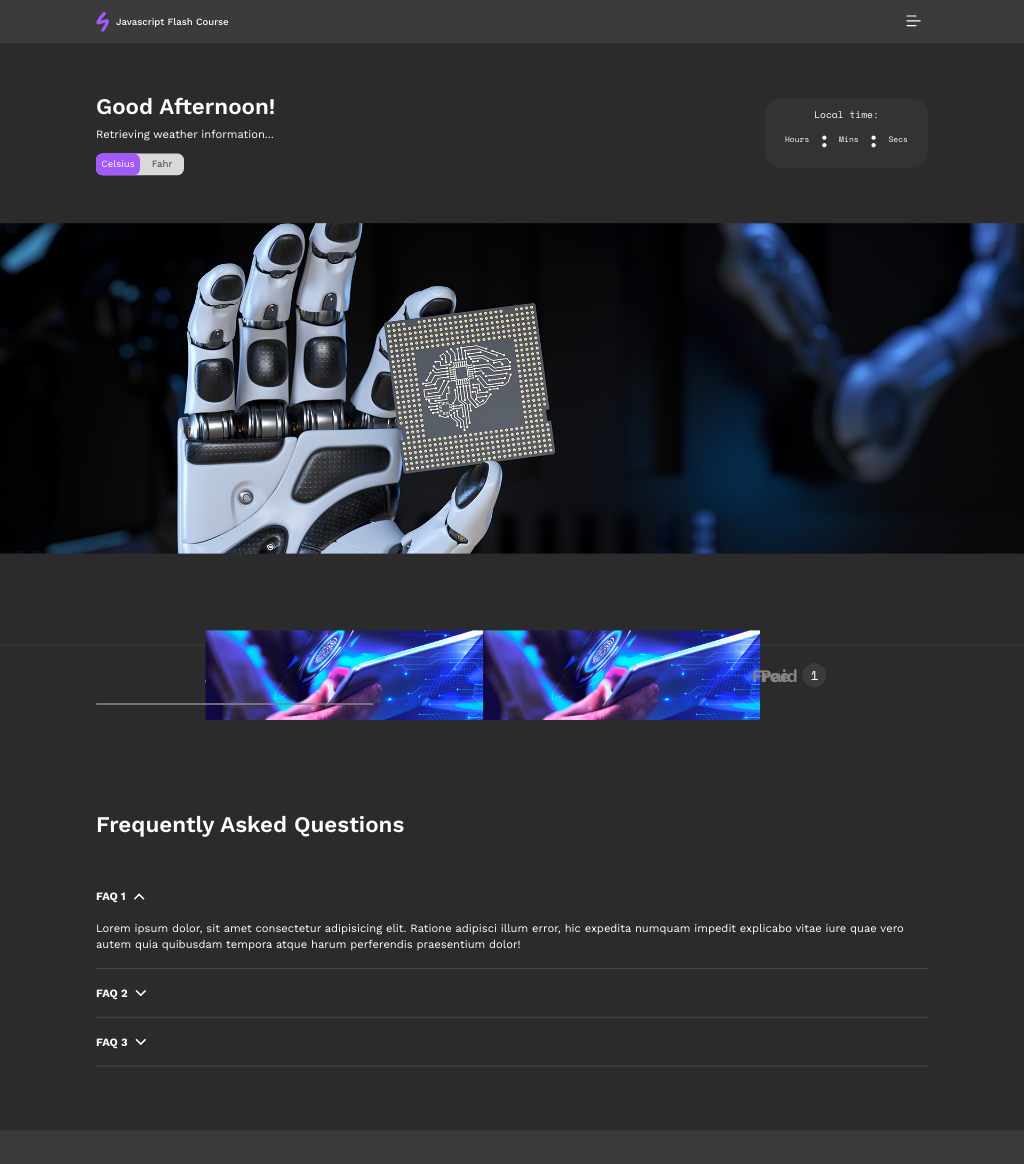
Repository: GettieSirma/JAVASCRIPT-TEST
Page: index.html
An editor plug-in stored every save of this project. The page is shown before and after a run of saves, followed by the edit.
The browser window is 1280 px wide. The pictures show the whole page, at 80% of full size.

Above is the page before, as saved 2024-04-24 11:33:57.
Not found: main.js

### index.html
<!DOCTYPE html>
<html lang="en">

<head>
    <meta charset="UTF-8" />
    <meta http-equiv="X-UA-Compatible" content="IE=edge" />
    <meta name="viewport" content="width=device-width, initial-scale=1.0" />
    <title>Javascript Flash Course</title>
    <link rel="stylesheet" href="./main.css" />
    <link rel="preconnect" href="https://fonts.googleapis.com" />
    <link rel="preconnect" href="https://fonts.gstatic.com" crossorigin />
    <link href="https://fonts.googleapis.com/css2?family=Space+Mono:ital,wght@0,400;0,700;1,400;1,700&family=Work+Sans:ital,wght@0,100;0,200;0,300;0,400;0,500;0,600;0,700;0,800;0,900;1,100;1,200;1,300;1,400;1,500;1,600;1,700;1,800;1,900&display=swap" rel="stylesheet"
    />
</head>

<body>
    <header>
        <nav class="container">
            <div class="nav-left-side">
                <svg width="17" height="26" viewBox="0 0 17 26" fill="none" xmlns="http://www.w3.org/2000/svg">
            <path
              d="M10.309 2.90741C10.309 2.90741 4.29997 8.73841 2.526 13.9214C2.40313 14.2804 2.73267 14.6124 3.10045 14.5192L13.2394 11.9481C13.9358 11.7715 14.5723 12.3638 14.368 13.0525C12.9552 17.8149 8.62911 23.5897 8.62911 23.5897"
              stroke="#A259FF"
              stroke-width="4"
              stroke-linecap="round"
              stroke-linejoin="round"
            />
          </svg>

                <a href="/">Javascript Flash Course</a>
            </div>

            <button id="open-nav-menu">
          <svg
            width="24"
            height="24"
            viewBox="0 0 24 24"
            fill="none"
            xmlns="http://www.w3.org/2000/svg"
          >
            <path
              fill-rule="evenodd"
              clip-rule="evenodd"
              d="M3 12C3 11.5858 3.33579 11.25 3.75 11.25H20.25C20.6642 11.25 21 11.5858 21 12C21 12.4142 20.6642 12.75 20.25 12.75H3.75C3.33579 12.75 3 12.4142 3 12Z"
              fill="white"
            />
            <path
              fill-rule="evenodd"
              clip-rule="evenodd"
              d="M3 6C3 5.58579 3.33579 5.25 3.75 5.25H15C15.4142 5.25 15.75 5.58579 15.75 6C15.75 6.41421 15.4142 6.75 15 6.75H3.75C3.33579 6.75 3 6.41421 3 6Z"
              fill="white"
            />
            <path
              fill-rule="evenodd"
              clip-rule="evenodd"
              d="M3 18C3 17.5858 3.33579 17.25 3.75 17.25H15C15.4142 17.25 15.75 17.5858 15.75 18C15.75 18.4142 15.4142 18.75 15 18.75H3.75C3.33579 18.75 3 18.4142 3 18Z"
              fill="white"
            />
          </svg>
        </button>

            <div class="wrapper">
                <ul>
                    <li>
                        <button id="close-nav-menu">
                <svg
                  width="47"
                  height="47"
                  viewBox="0 0 47 47"
                  fill="none"
                  xmlns="http://www.w3.org/2000/svg"
                >
                  <path
                    d="M11.7505 11.7495L35.2505 35.2495"
                    stroke="#A259FF"
                    stroke-width="6"
                  />
                  <path
                    d="M35.2502 11.7502L11.7502 35.2502"
                    stroke="#A259FF"
                    stroke-width="6"
                  />
                </svg>
              </button>
                    </li>
                    <li><a href="#home">Home</a></li>
                    <li><a href="#gallery">Gallery</a></li>
                    <li><a href="#products">Products</a></li>
                    <li><a href="#faqs">FAQs</a></li>
                    <li class="socials">
                        <p>Join our community</p>

                        <div>
                            <a href="#">
                                <img src="./assets/socials/DiscordLogo.png" alt="Discord logo" />
                            </a>
                            <a href="#">
                                <img src="./assets/socials/YoutubeLogo.png" alt="Youtube logo" />
                            </a>
                            <a href="#">
                                <img src="./assets/socials/TwitterLogo.png" alt="Twitter logo" />
                            </a>
                            <a href="#">
                                <img src="./assets/socials/InstagramLogo.png" alt="Instagram logo" />
                            </a>
                        </div>
                    </li>
                </ul>
            </div>
        </nav>
    </header>

    <main>
        <section id="home" class="container greeting-section">
            <div class="left-side">
                <h1 id="greeting">Good Afternoon!</h1>
                <p id="weather">Retrieving weather information...</p>
                <div class="weather-group">
                    <input type="radio" checked="true" id="celsius" name="temperature" />
                    <label for="celsius">Celsius</label>
                    <input type="radio" id="fahr" name="temperature" />
                    <label for="fahr">Fahr</label>
                </div>
            </div>

            <div class="right-side">
                <p>Local time:</p>
                <div class="local-time">
                    <div class="time-holder">
                        <span data-time="hours" class="time-number"></span>
                        <span class="time-letter">Hours</span>
                    </div>
                    <span class="time-divider">:</span>
                    <div class="time-holder">
                        <span data-time="minutes" class="time-number"></span>
                        <span class="time-letter">mins</span>
                    </div>
                    <span class="time-divider">:</span>
                    <div class="time-holder">
                        <span data-time="seconds" class="time-number"></span>
                        <span class="time-letter">secs</span>
                    </div>
                </div>
            </div>
        </section>

        <section id="gallery" class="gallery-section">
            <img src="assets/gallery/image1.jpg " alt="" />

            <div class="thumbnails">

            </div>
        </section>

        <section id="products" class="container products-section">
            <div class="products-filter">
                <input type="radio" checked="true" id="all" name="products" />
                <label for="all">
            All
            <span class="product-amount">3</span>
          </label>
                <input type="radio" id="paid" name="products" />
                <label for="paid">
                  <img src="assets/gallery/image2.jpg" alt="">
                  <img src="assets/gallery/image2.jpg" alt="">
            Paid
            <span class="product-amount">2</span>
          </label>
                <input type="radio" id="free" name="products" />
                <label for="free">
            Free
            <span class="product-amount">1</span>
          </label>

                <span class="glider"></span>
            </div>

            <div class="products-area">

            </div>

        </section>

        <section id="faqs" class="container faqs-section">
            <h3>Frequently Asked Questions</h3>

            <details open>
                <summary>FAQ 1</summary>

                <p>
                    Lorem ipsum dolor, sit amet consectetur adipisicing elit. Ratione adipisci illum error, hic expedita numquam impedit explicabo vitae iure quae vero autem quia quibusdam tempora atque harum perferendis praesentium dolor!
                </p>
            </details>

            <details>
                <summary>FAQ 2</summary>

                <p>
                    Consequuntur earum pariatur dolorem repellat temporibus ducimus sunt suscipit repudiandae cupiditate in accusantium recusandae tempora sint eligendi, perferendis aspernatur architecto voluptas laborum adipisci neque voluptates consequatur.
                </p>
            </details>

            <details>
                <summary>FAQ 3</summary>

                <p>
                    Consequuntur earum pariatur dolorem repellat temporibus ducimus sunt suscipit repudiandae cupiditate in accusantium recusandae tempora sint eligendi, perferendis aspernatur architecto voluptas laborum adipisci neque voluptates consequatur.
                </p>
            </details>
        </section>
    </main>

    <footer></footer>

    <script src="main.js"></script>

</body>

</html>

Loaded but not shown: main.css (490 lines, source omitted)

After the next 2 saves:
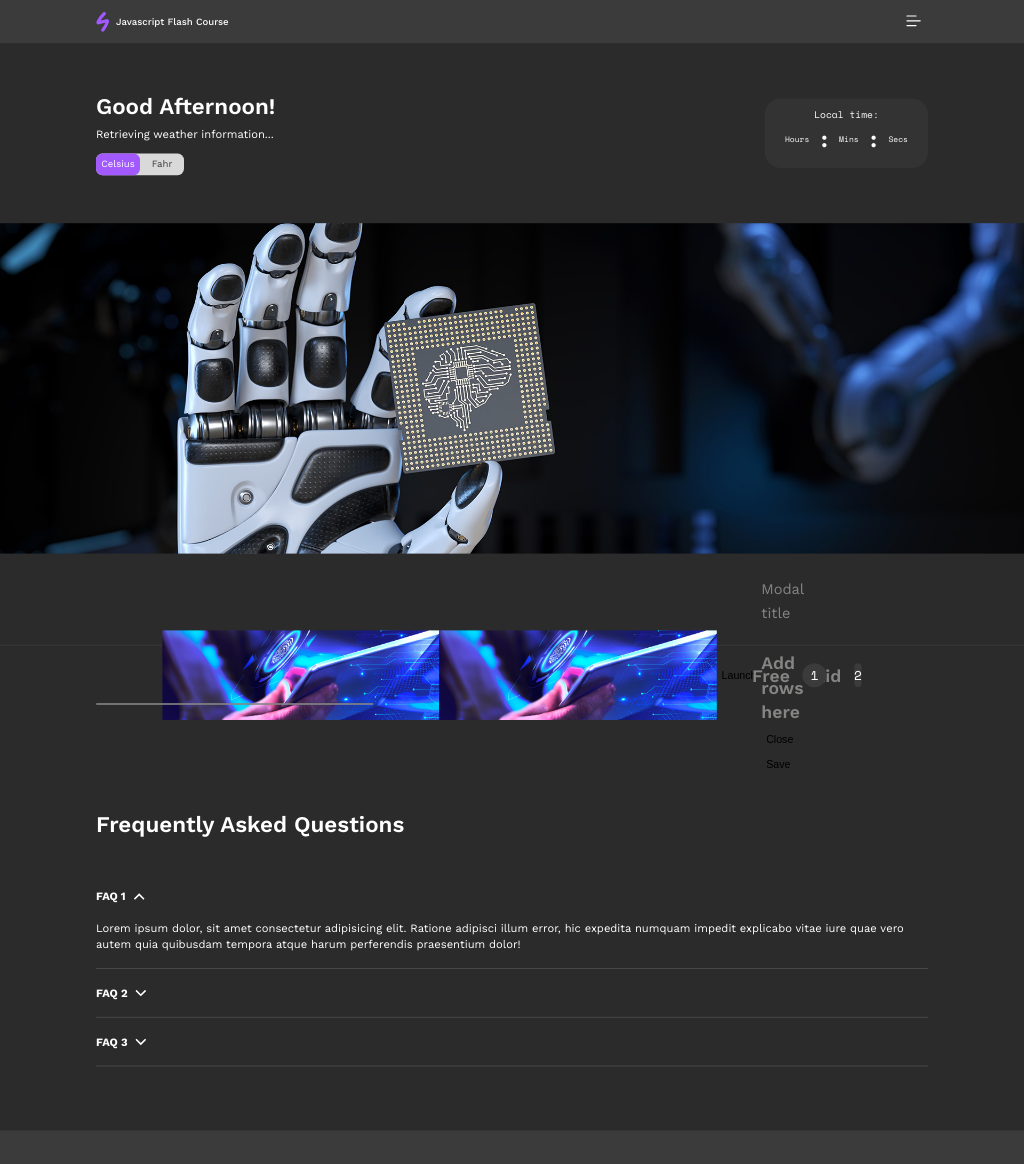
The 2 saves are shown as one change because they came seconds apart.
The last was saved 9 s later.
--- a/index.html
+++ b/index.html
@@ -163,6 +163,55 @@
                 <label for="paid">
                   <img src="assets/gallery/image2.jpg" alt="">
                   <img src="assets/gallery/image2.jpg" alt="">
+                  <!--  Modal trigger button  -->
+                  <button
+                    type="button"
+                    class="btn btn-primary btn-lg"
+                    data-bs-toggle="modal"
+                    data-bs-target="#modalId"
+                  >
+                    Launch
+                  </button>
+
+                  <!-- Modal Body-->
+                  <div
+                    class="modal fade"
+                    id="modalId"
+                    tabindex="-1"
+                    role="dialog"
+                    aria-labelledby="modalTitleId"
+                    aria-hidden="true"
+                  >
+                    <div class="modal-dialog" role="document">
+                      <div class="modal-content">
+                        <div class="modal-header">
+                          <h5 class="modal-title" id="modalTitleId">
+                            Modal title
+                          </h5>
+                          <button
+                            type="button"
+                            class="btn-close"
+                            data-bs-dismiss="modal"
+                            aria-label="Close"
+                          ></button>
+                        </div>
+                        <div class="modal-body">
+                          <div class="container-fluid">Add rows here</div>
+                        </div>
+                        <div class="modal-footer">
+                          <button
+                            type="button"
+                            class="btn btn-secondary"
+                            data-bs-dismiss="modal"
+                          >
+                            Close
+                          </button>
+                          <button type="button" class="btn btn-primary">Save</button>
+                        </div>
+                      </div>
+                    </div>
+                  </div>
+
             Paid
             <span class="product-amount">2</span>
           </label>

After the 2 saves that followed:
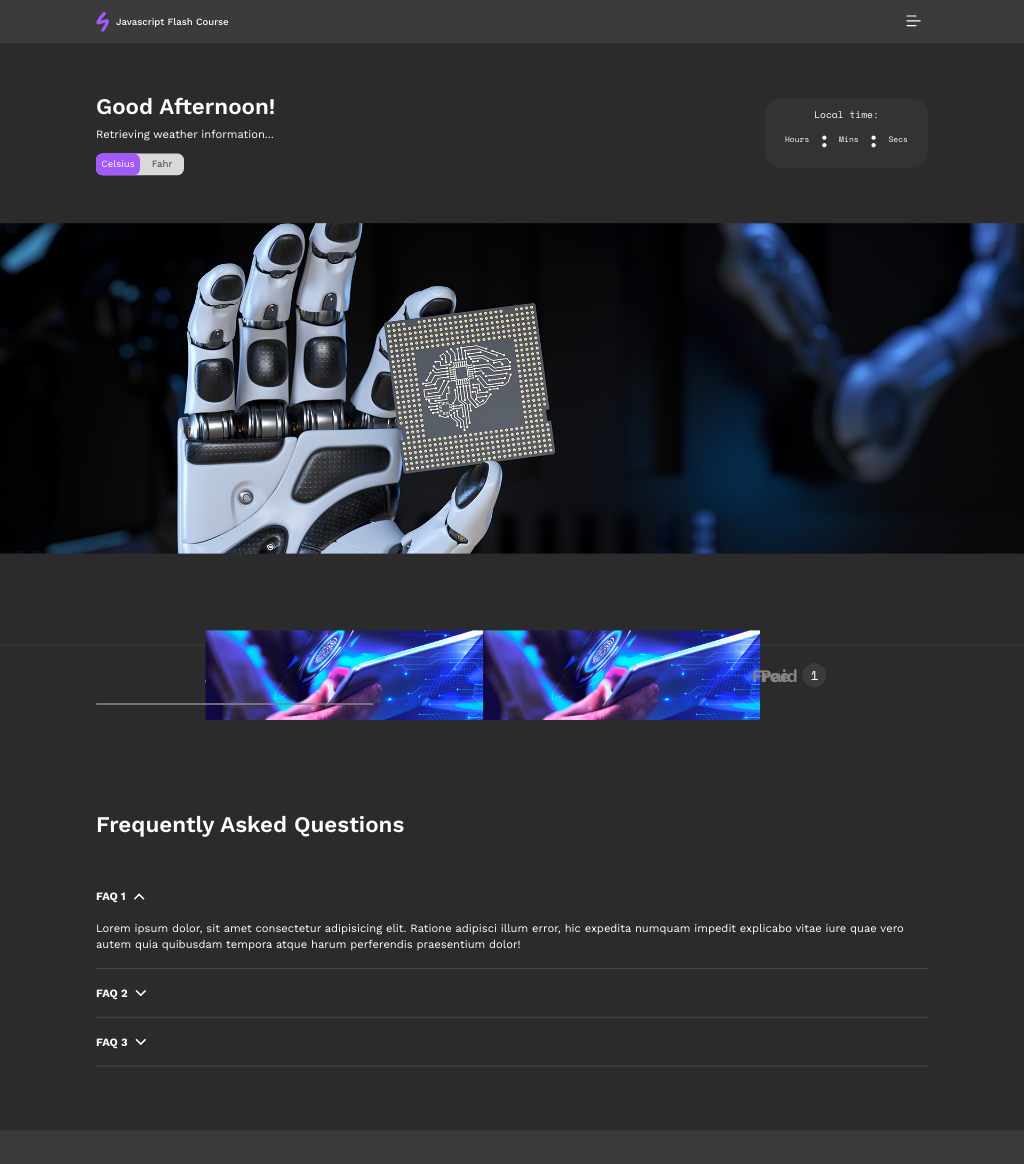
The 2 saves are shown as one change because they came seconds apart.
The last was saved 9 s later.
--- a/index.html
+++ b/index.html
@@ -163,55 +163,7 @@
                 <label for="paid">
                   <img src="assets/gallery/image2.jpg" alt="">
                   <img src="assets/gallery/image2.jpg" alt="">
-                  <!--  Modal trigger button  -->
-                  <button
-                    type="button"
-                    class="btn btn-primary btn-lg"
-                    data-bs-toggle="modal"
-                    data-bs-target="#modalId"
-                  >
-                    Launch
-                  </button>
-
-                  <!-- Modal Body-->
-                  <div
-                    class="modal fade"
-                    id="modalId"
-                    tabindex="-1"
-                    role="dialog"
-                    aria-labelledby="modalTitleId"
-                    aria-hidden="true"
-                  >
-                    <div class="modal-dialog" role="document">
-                      <div class="modal-content">
-                        <div class="modal-header">
-                          <h5 class="modal-title" id="modalTitleId">
-                            Modal title
-                          </h5>
-                          <button
-                            type="button"
-                            class="btn-close"
-                            data-bs-dismiss="modal"
-                            aria-label="Close"
-                          ></button>
-                        </div>
-                        <div class="modal-body">
-                          <div class="container-fluid">Add rows here</div>
-                        </div>
-                        <div class="modal-footer">
-                          <button
-                            type="button"
-                            class="btn btn-secondary"
-                            data-bs-dismiss="modal"
-                          >
-                            Close
-                          </button>
-                          <button type="button" class="btn btn-primary">Save</button>
-                        </div>
-                      </div>
-                    </div>
-                  </div>
-
+                  <img src="" alt="">
             Paid
             <span class="product-amount">2</span>
           </label>
